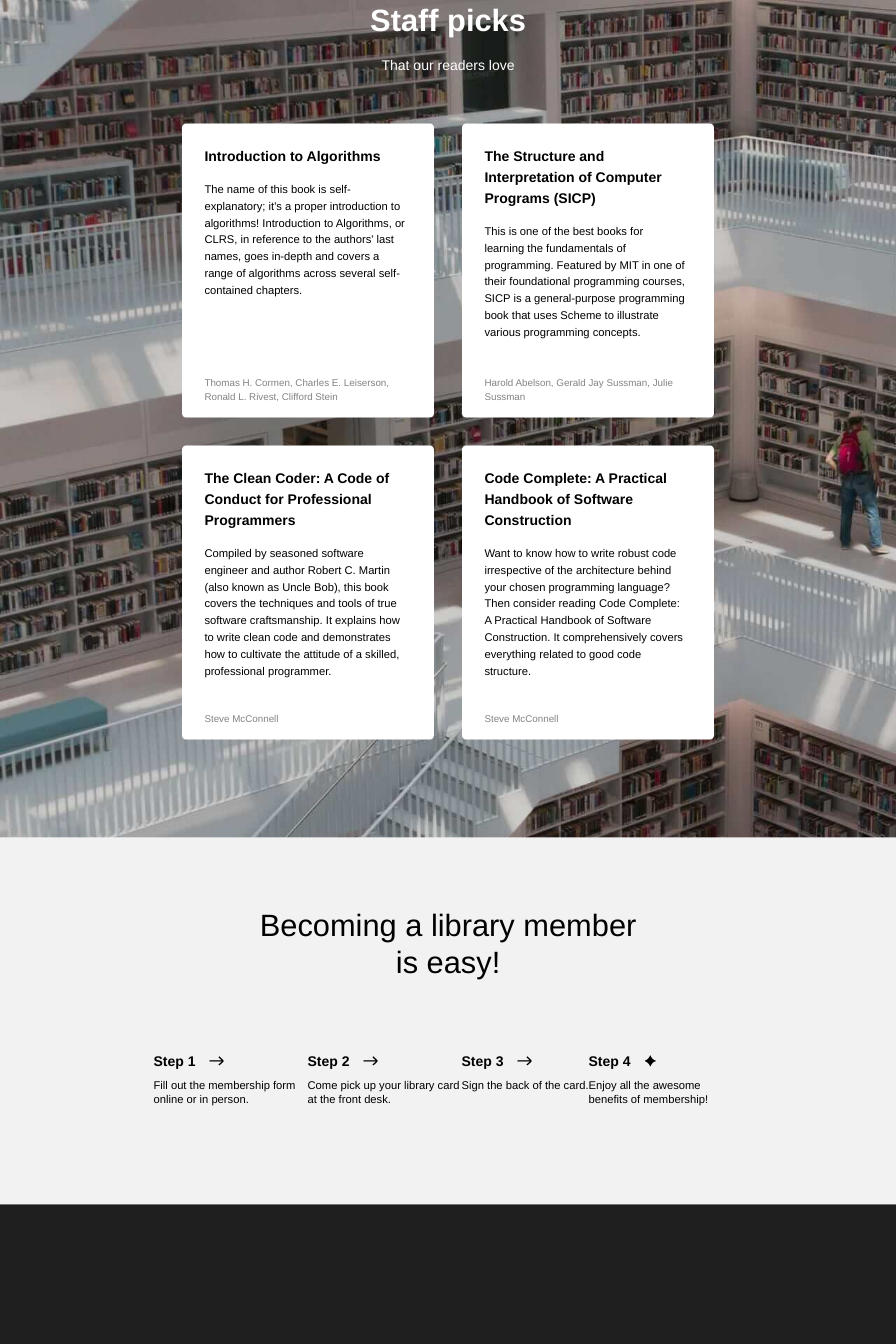
Repository: MWilliams-26/se_project_library
Page: index.html
These files come from the project's save history. The page is drawn as it stood at one moment and after the next save; the edit follows.
The browser window is 1280 px wide. The pictures show the part of the page from y = 1642 to 3562 px (the page is 3562 px tall before and 3542 px after), at 70% of full size.

Above is the page before, as saved 2023-04-03 13:12:43.

### index.html
<!DOCTYPE html>
<html lang="en">
  <head>
    <meta charset="UTF-8" />
    <meta name="viewport" content="width=device-width, initial-scale=1.0" />
    <title>Practicum Library</title>
    <link rel="shortcut icon" href="favicon.ico" />
    <link rel="stylesheet" href="./styles/normalize.css" />
    <link rel="stylesheet" href="./styles/style.css" />
  </head>

  <body>
    <!-- Wrap the entire page content in a new div with the page class. Remember to add the closing tag -->
    <div class="page">
      <header class="header">
        <nav class="nav">
          <img
            src="./images/logo.png"
            alt="Practicum Library Logo"
            class="logo"
          />
          <!-- Putting navigation links in a list is supposed to be the best practice of writing the semantic code since it allows screen readers to pause between each link instead of reading all the links as a sentence. -->
          <ul class="nav__links">
            <li>
              <a class="nav__link">Staff picks</a>
            </li>
            <li>
              <a class="nav__link">Events</a>
            </li>
            <li>
              <a class="nav__link">Become a member</a>
            </li>
            <li>
              <a class="nav__link">About</a>
            </li>
            <li>
              <a class="nav__link">Contacts</a>
            </li>
          </ul>
        </nav>
        <h1 class="header__title">Welcome to the Practicum Library</h1>
        <p class="header__description">
          We're pleased to open our library doors to everyone! Come and expand
          your development knowledge, or just use this lovely spot to work or
          study. This is a cool place for cool students!
        </p>
        <!-- ----------------------------------------------------------------- -->
        <!--               Don't uncomment until project stage 2               -->
        <!-- ----------------------------------------------------------------- -->
        <img
          src="./images/inside_the_library.png"
          alt="Illustration 'Inside the library'"
          class="header__image"
        />
        <div class="header__footer">
          <a class="header__link">About the library &darr;</a>
          <p class="header__address">
            200 Success Avenue, The Town of Practicum
          </p>
        </div>
      </header>

      <main class="content">
        <section class="events">
          <div class="events__content">
            <h2 class="events__heading">Upcoming events:</h2>
            <h3 class="events__title">
              In honor of Joan Feynman: Women in astrophysics
            </h3>
            <div class="event-info events__info-section">
              <div class="event-info__item">
                <div
                  class="event-info__icon event-info__icon_type_calendar"
                ></div>
                <p class="event-info__text">Mon, January 12</p>
              </div>
              <div class="event-info__item">
                <div class="event-info__icon event-info__icon_type_pin"></div>
                <p class="event-info__text">
                  Practicum Library Conference Hall & Online
                </p>
              </div>
            </div>
            <p class="events__description">
              At this event, which celebrates the library's namesake, our guest
              lecturer will take us on a journey exploring some of the most
              prominent female researchers in the world of space science. It's
              easy to buy into the misconception that this field was mostly
              dominated by men, but our lecture aims to change that notion and
              prove that this hasn't been the case since at least the 18th
              century.
            </p>
            <a href="#" class="events__more">More events &rarr;</a>
          </div>
          <div class="events__cover">
            <img
              class="events__image"
              src="images/cafe.png"
              alt="events image"
            />
            <div class="person person_name_feynman">
              <p class="person__caption">Joann Feynman</p>
              <img
                class="person__image person__image_size_l"
                src="images/person_feynman.png"
                alt="Joann Feyman"
              />
            </div>
            <div class="person person_name_burbidge">
              <p class="person__caption">Margaret Burbidge</p>
              <img
                class="person__image person__image_size_m"
                src="images/person_burbidge.png"
                alt="Margaret Burbidge"
              />
            </div>
            <div class="person person_name_cannon">
              <img
                class="person__image person__image_size_m"
                src="images/person_cannon.png"
                alt="Annie Jump Cannon"
              />
              <p class="person__caption">Annie Jump Cannon</p>
            </div>
            <div class="person person_name_burbidge">
              <p class="person__caption">Margaret Burbidge</p>
              <img
                class="person__image person__image_size_m"
                src="images/person_burbidge.png"
                alt="Margaret Burbidge"
              />
            </div>
            <div class="person person_name_mitchell">
              <img
                class="person__image person__image_size_s"
                src="images/person_mitchell.png"
                alt="Maria Mitchell"
              />
              <p class="person__caption">Maria Mitchell</p>
            </div>
            <div class="person person_name_tarter">
              <p class="person__caption">Jill Tarter</p>
              <img
                class="person__image person__image_size_m"
                src="images/person_tarter.png"
                alt="Jill Tarter"
              />
            </div>
          </div>
        </section>

        <section class="staff">
          <!-- --------------------------------------------------------------- -->
          <!--        Don't uncomment until the final project stage            -->
          <!-- --------------------------------------------------------------- -->
          <h2 class="staff__title">Staff picks</h2>
          <p class="staff__subtitle">That our readers love</p>
          <ul class="staff__picks">
            <li class="card">
              <div class="card__content">
                <h3 class="card__title">Introduction to Algorithms</h3>
                <p class="card__text">
                  The name of this book is self-explanatory; it's a proper
                  introduction to algorithms! Introduction to Algorithms, or
                  CLRS, in reference to the authors' last names, goes in-depth
                  and covers a range of algorithms across several self-contained
                  chapters.
                </p>
                <p class="card__footer">
                  Thomas H. Cormen, Charles E. Leiserson, Ronald L. Rivest,
                  Clifford Stein
                </p>
              </div>
            </li>

            <li class="card">
              <div class="card__content">
                <h3 class="card__title">
                  The Structure and Interpretation of Computer Programs (SICP)
                </h3>
                <p class="card__text">
                  This is one of the best books for learning the fundamentals of
                  programming. Featured by MIT in one of their foundational
                  programming courses, SICP is a general-purpose programming
                  book that uses Scheme to illustrate various programming
                  concepts.
                </p>
                <p class="card__footer">
                  Harold Abelson, Gerald Jay Sussman, Julie Sussman
                </p>
              </div>
            </li>

            <li class="card">
              <div class="card__content">
                <h3 class="card__title">
                  The Clean Coder: A Code of Conduct for Professional
                  Programmers
                </h3>
                <p class="card__text">
                  Compiled by seasoned software engineer and author Robert C.
                  Martin (also known as Uncle Bob), this book covers the
                  techniques and tools of true software craftsmanship. It
                  explains how to write clean code and demonstrates how to
                  cultivate the attitude of a skilled, professional programmer.
                </p>
                <p class="card__footer">Steve McConnell</p>
              </div>
            </li>

            <li class="card">
              <div class="card__content">
                <h3 class="card__title">
                  Code Complete: A Practical Handbook of Software Construction
                </h3>
                <p class="card__text">
                  Want to know how to write robust code irrespective of the
                  architecture behind your chosen programming language? Then
                  consider reading Code Complete: A Practical Handbook of
                  Software Construction. It comprehensively covers everything
                  related to good code structure.
                </p>
                <p class="card__footer">Steve McConnell</p>
              </div>
            </li>
          </ul>
        </section>

        <section class="membership">
          <!-- --------------------------------------------------------------- -->
          <!--         Don't uncomment until the final project stage           -->
          <!-- --------------------------------------------------------------- -->
          <h2 class="membership__title">Becoming a library member is easy!</h2>
          <ul class="membership__steps">
            <li class="step">
              <h3 class="step__title">
                Step 1
                <img
                  src="./images/icon_step_forward.svg"
                  alt="icon forward"
                  class="step__icon"
                />
              </h3>
              <p class="step__description">
                Fill out the membership form online or in person.
              </p>
            </li>
            <li class="step">
              <h3 class="step__title">
                Step 2
                <img
                  src="./images/icon_step_forward.svg"
                  alt="icon forward"
                  class="step__icon"
                />
              </h3>
              <p class="step__description">
                Come pick up your library card at the front desk.
              </p>
            </li>
            <li class="step">
              <h3 class="step__title">
                Step 3
                <img
                  src="./images/icon_step_forward.svg"
                  alt="icon forward"
                  class="step__icon"
                />
              </h3>
              <p class="step__description">Sign the back of the card.</p>
            </li>
            <li class="step">
              <h3 class="step__title">
                Step 4
                <img
                  src="./images/icon_step_finish.svg"
                  alt="icon finish"
                  class="step__icon"
                />
              </h3>
              <p class="step__description">
                Enjoy all the awesome benefits of membership!
              </p>
            </li>
          </ul>
        </section>

        <section class="about">
          <!-- --------------------------------------------------------------- -->
          <!--          Don't uncomment until the final project stage          -->
          <!-- --------------------------------------------------------------- -->
          <!--<h2 class="about__title">About the library</h2>
        <div class="about__content">
          <p class="about__paragraph">
            Libraries are essential establishments in practically every city,
            and Practicum's library is no exception. It first opened its doors
            way back in 2018, right as our humble town began bidding welcome to
            its very first citizens!
          </p>
          <p class="about__paragraph">
            Since its initial opening, the library has seen nearly 342 visitors
            each month. That's almost 50% of our population! So far, most
            citizens have enjoyed reading books and making use of our ample
            online resources.
          </p>
          <p class="about__paragraph">
            The library gets its name from Joan Feynman, an American
            astrophysicist and the first woman to be elected as an officer of
            the American Geophysical Union.
          </p>
        </div>
        <div class="about__circle"></div> -->
        </section>
      </main>
      <footer class="footer">
        <!-- ----------------------------------------------------------------- -->
        <!--          Don't uncomment until the final project stage            -->
        <!-- ----------------------------------------------------------------- -->
      </footer>
    </div>
  </body>
</html>

### styles/style.css
.page {
  /* Add page class properties here */
  min-width: 1100px;
  max-width: 1600px;
  margin: 0 auto;
  font-family: Helvetica Neue, Arial, sans-serif;
  font-size: 16px;
  line-height: 20px;
}

.header {
  height: 100vh;
  min-height: 720px;
  max-height: 800px;
  padding: 30px 80px 0;
  position: relative;
  box-sizing: border-box;
}

.nav {
  /* Add flex properties here */
  display: flex;
  justify-content: space-between;
  align-items: stretch;
  flex-flow: row wrap;
  margin-top: 8px;
}

.logo {
  width: 196px;
  height: 60px;
}

.nav__links {
  /* Reset default list styles here */
  margin: 0 0 0;
  display: flex;
  column-gap: 20px;
  list-style: none;
}

.nav__link {
  color: #000000;
  text-decoration: none;
  font-weight: bold;
}

.header__title {
  font-size: 66px;
  line-height: 76px;
  font-weight: 500;
  max-width: 544px;
  margin-top: 150px;
  margin-bottom: 32px;
}

.header__description {
  font-size: 20px;
  line-height: 30px;
  max-width: 532px;
}

.header__image {
  position: absolute;
  max-width: 636px;
  top: 135px;
  right: 20px;
  z-index: 1;
}

.header__footer {
  position: absolute;
  left: 0;
  bottom: 40px;
  width: 100%;
  display: flex;
  align-items: center;
  padding: 40px 80px 0;
  justify-content: space-between;
  box-sizing: border-box;
}

.header__link {
  color: #2f80ed;
  text-decoration: none;
}

.header__address {
  margin: 0;
  color: #838383;
}

.events {
  padding: 100px 0 120px 80px;
  display: flex;
  align-items: start;
  justify-content: space-between;
  box-sizing: border-box;
  background-color: #f2f2f2;
}
.events__content {
  flex-basis: 580px;
}

.events__heading {
  font-size: 20px;
  font-weight: 500;
  line-height: 30px;
  margin: 0;
}

.events__title {
  font-size: 44px;
  font-weight: 500;
  line-height: 52px;
  margin: 32px 0 0;
}

.events__info-section {
  margin-top: 32px;
}

.event-info__item {
  display: flex;
  align-items: center;
  margin-bottom: 4px;
  font-weight: 500;
}

.event-info__icon {
  background-repeat: no-repeat;
  background-position: center;
  margin-right: 12px;
  width: 24px;
  height: 24px;
}

.event-info__icon_type_calendar {
  background-image: url(../images/icon_calendar.svg);
}

.event-info__icon_type_pin {
  background-image: url(../images/icon_pin.svg);
}

.event-info__text {
  font-size: 20px;
  font-weight: 500;
  line-height: 30px;
  margin: 0;
}

.events__description {
  margin: 40px 0 60px;
}

.events__more {
  color: #2f80ed;
  text-decoration: none;
}

.events__cover {
  flex-grow: 1;
  flex-shrink: 0;
  flex-basis: 780px;
  max-width: 780px;
  position: relative;
}

.events__image {
  max-width: 100%;
}

.person {
  position: absolute;
  display: flex;
  align-items: center;
  flex-direction: column;
  gap: 10px;
}

.person_name_feynman {
  position: absolute;
  top: -30px;
  left: 319px;
}

.person_name_burbidge {
  top: 96px;
  right: 125px;
}

.person_name_cannon {
  bottom: 18px;
  right: 216px;
}

.person_name_mitchell {
  bottom: 82px;
  left: 142px;
}

.person_name_tarter {
  top: 79px;
  left: 159px;
}

.person__image {
  max-width: 100%;
}

.person__image_size_l {
  width: 140px;
}

.person__image_size_m {
  width: 100px;
}

.person__image_size_s {
  width: 80px;
}

.person__caption {
  text-align: center;
  font-size: 14px;
  margin: 0;
}
.staff {
  padding: 100px 0 140px;
  background-image: url(../images/staff_picks_background.jpg);
}

.staff__title {
  text-align: center;
  font-size: 44px;
  line-height: 52px;
  margin: 0 0 24px;
  color: #ffffff;
}

.staff__subtitle {
  text-align: center;
  font-size: 20px;
  line-height: 30px;
  font-weight: 400;
  margin: 0;
  color: #ffffff;
}

.staff__picks {
  max-width: 760px;
  margin: auto;
  margin-top: 68px;
  display: flex;
  flex-wrap: wrap;
  justify-content: center;
  gap: 40px;
  list-style-type: none;
  padding: 0;
}

/* Add the CSS rule for your new class here. Make sure to place it before .card: parents should precede their children */

.card {
  background-color: #fff;
  border-radius: 6px;
  padding: 32px 40px 20px 32px;
  box-sizing: border-box;
  width: 360px;
  height: 420px;
}

.card__content {
  width: 100%;
  height: 100%;
  display: flex;
  flex-direction: column;
}

.card__title {
  font-size: 20px;
  line-height: 30px;
  font-weight: 700;
  margin: 0;
}

.card__text {
  margin: 20px 0 0;
  font-size: 16px;
  line-height: 24px;
}

.card__footer {
  margin: 0;
  font-size: 14px;
  line-height: 20px;
  color: #838383;
  margin-top: auto;
}

.membership {
  padding: 100px 0 140px;
  background-color: #f2f2f2;
}

.membership__title {
  max-width: 574px;
  margin: 0 auto;
  text-align: center;
  font-size: 44px;
  font-weight: 500;
  line-height: 52px;
}

.membership__steps {
  list-style-type: none;
  padding: 0;
  margin: 100px 0 0;
  display: flex;
  justify-content: center;
  /* Add styles */
}

.step {
  max-width: 220px;
  display: block;
  gap: 40px;

  /* Add styles */
}

.step__title {
  margin: 0;
  font-size: 20px;
  line-height: 30px;
  font-weight: 700;
  display: flex;
  align-items: center;
}

.step__icon {
  margin-left: 20px;
}

.step__description {
  margin: 10px 0 0;
}

.about {
  padding: 100px 80px;
  background-color: #1f1f1f;
  color: #fff;
  overflow: hidden;
  position: relative;
  box-sizing: border-box;
}

.about__title {
  margin: 0;
  font-size: 20px;
  line-height: 30px;
  font-weight: 500;
  z-index: 1;
}

.about__content {
  font-size: 20px;
  line-height: 30px;
  font-weight: 400;
  max-width: 660px;
}

.about__paragraph {
  margin: 0 0 32px;
}

.about__circle {
  background-color: #2f80ed;
  width: 495px;
  height: 495px;
  border-radius: 50%;
}

.footer {
  box-sizing: border-box;
}

.footer__columns {
}

.footer__column_content_hours {
}

.footer__column_content_social {
}

.footer__logo {
}

.footer__list {
  /* The code below removes the default browser styles for lists */
  list-style-type: none;
  padding: 0;
  margin: 0;
}

.footer__list-item {
}

.footer__column-heading {
}

.footer__column-link {
  color: white;
  font-size: 16px;
  line-height: 20px;
  text-decoration: none;
}

.footer__social-icon {
}

.footer__copyright {
}

Loaded but not shown: styles/normalize.css (library)

After the next save:
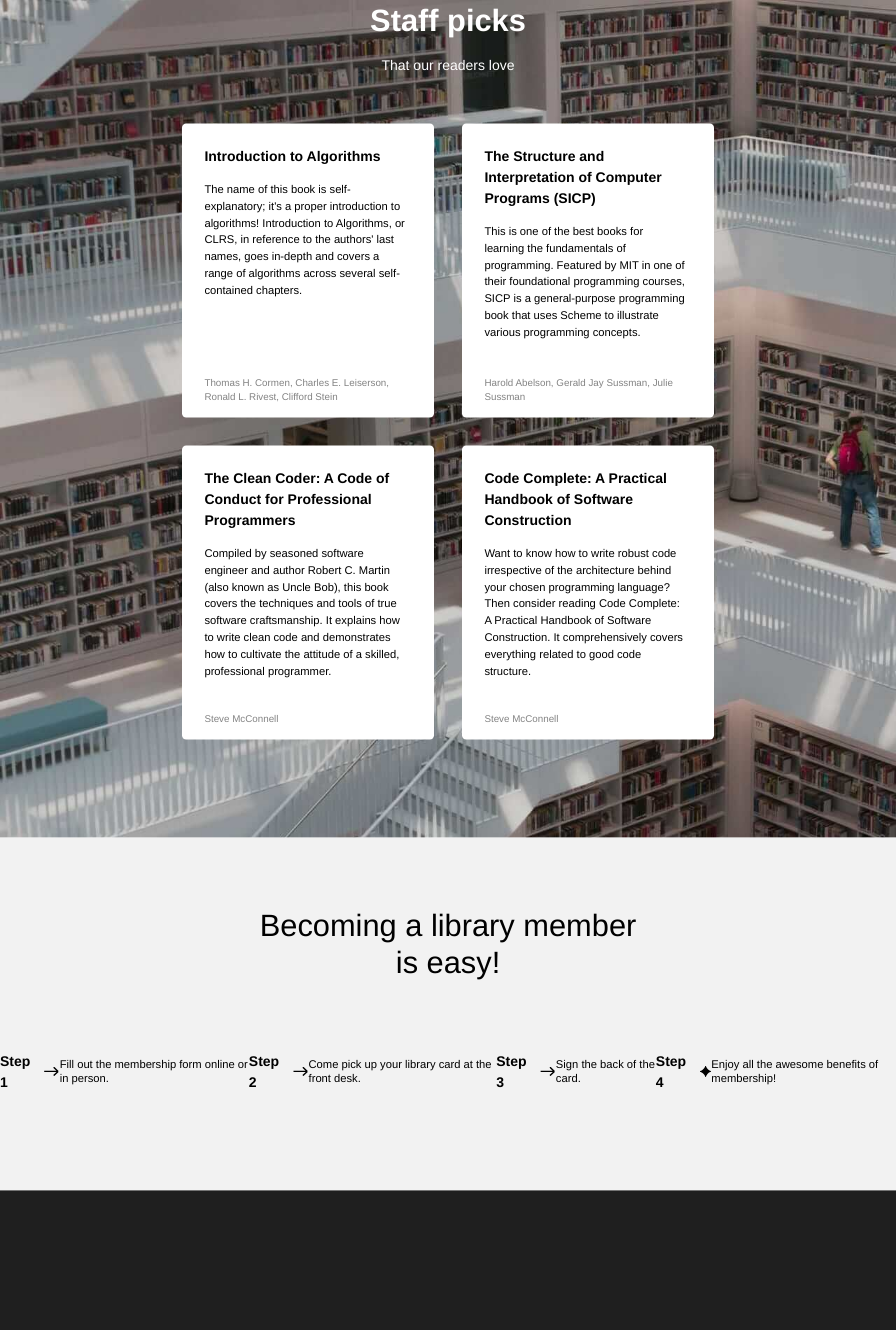
Saved 67 s later.
--- a/styles/style.css
+++ b/styles/style.css
@@ -324,7 +324,7 @@
 
 .step {
   max-width: 220px;
-  display: block;
+  display: contents;
   gap: 40px;
 
   /* Add styles */
